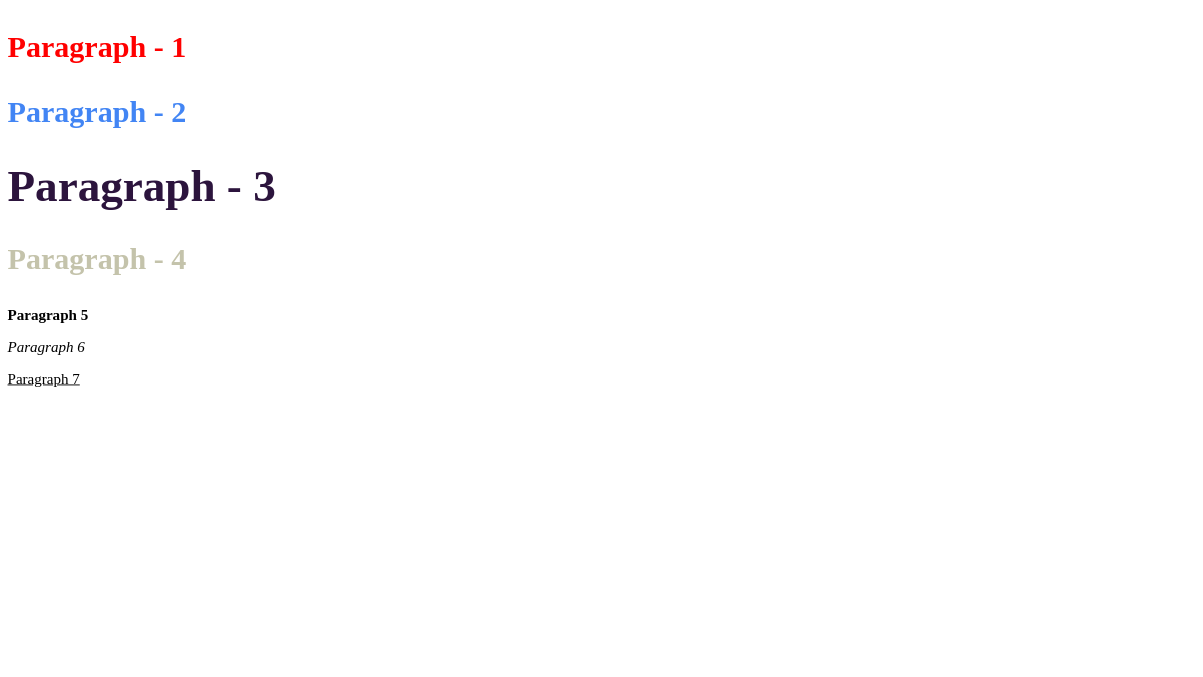
Repository: linas-dev/HTML-CSS-Projects
Page: Basic_HTML_and_JavaScript_1/Basic_HTML_1.html
An editor plug-in stored every save of this project. The page is shown before and after the next save, followed by the edit.
The browser window is 1280 px wide. The pictures show the whole page, at 94% of full size.

Above is the page before, as saved 2021-05-26 22:33:45.

After the next save:
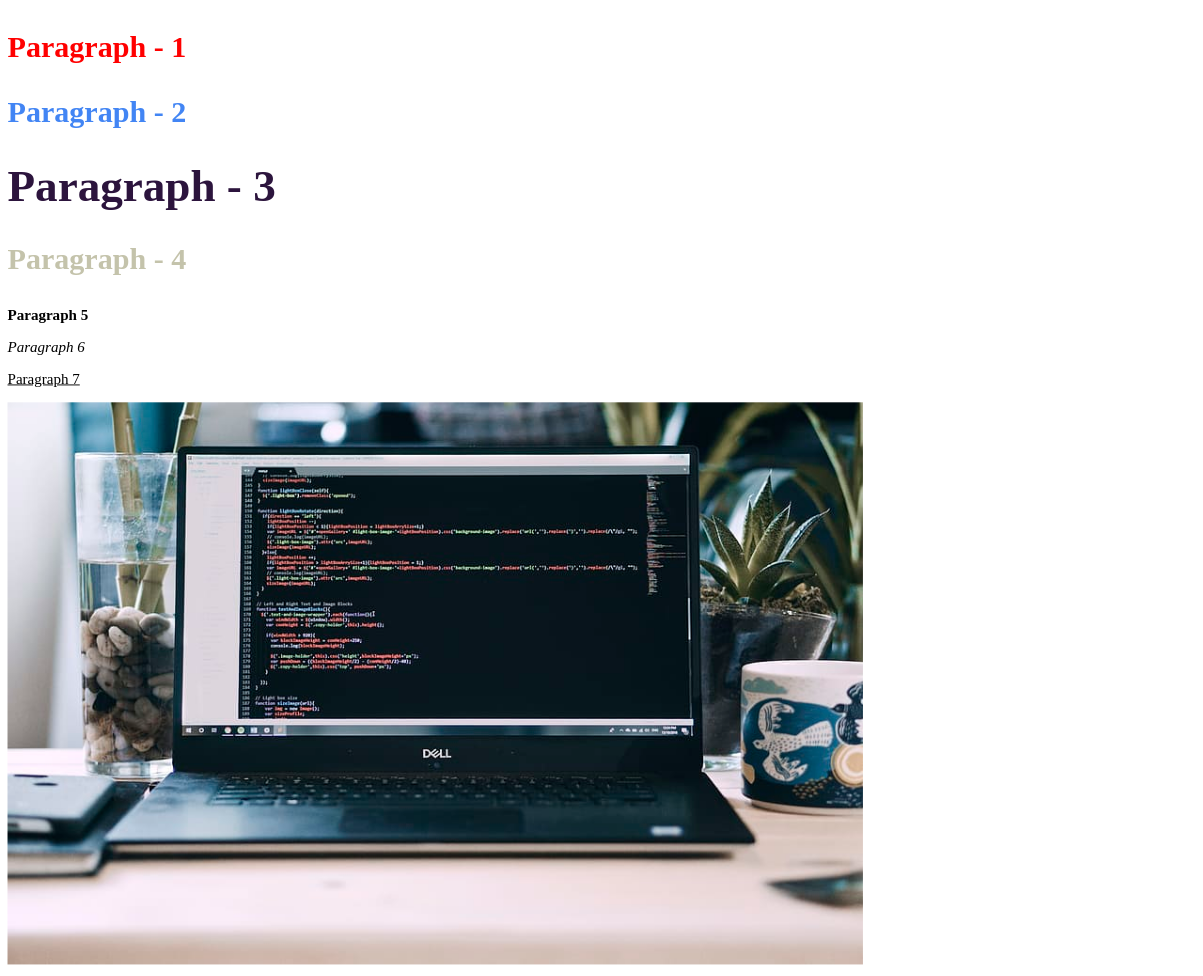
Saved 8 s later.
--- a/Basic_HTML_and_JavaScript_1/Basic_HTML_1.html
+++ b/Basic_HTML_and_JavaScript_1/Basic_HTML_1.html
@@ -16,7 +16,7 @@
     <p><i>Paragraph 6</i></p>
     <p><u>Paragraph 7</u></p>
 
-
+    <img src="coding.jpg" alt="">
     <script src="Basic_JavaScript_1.js"></script>
 </body>
 </html>
